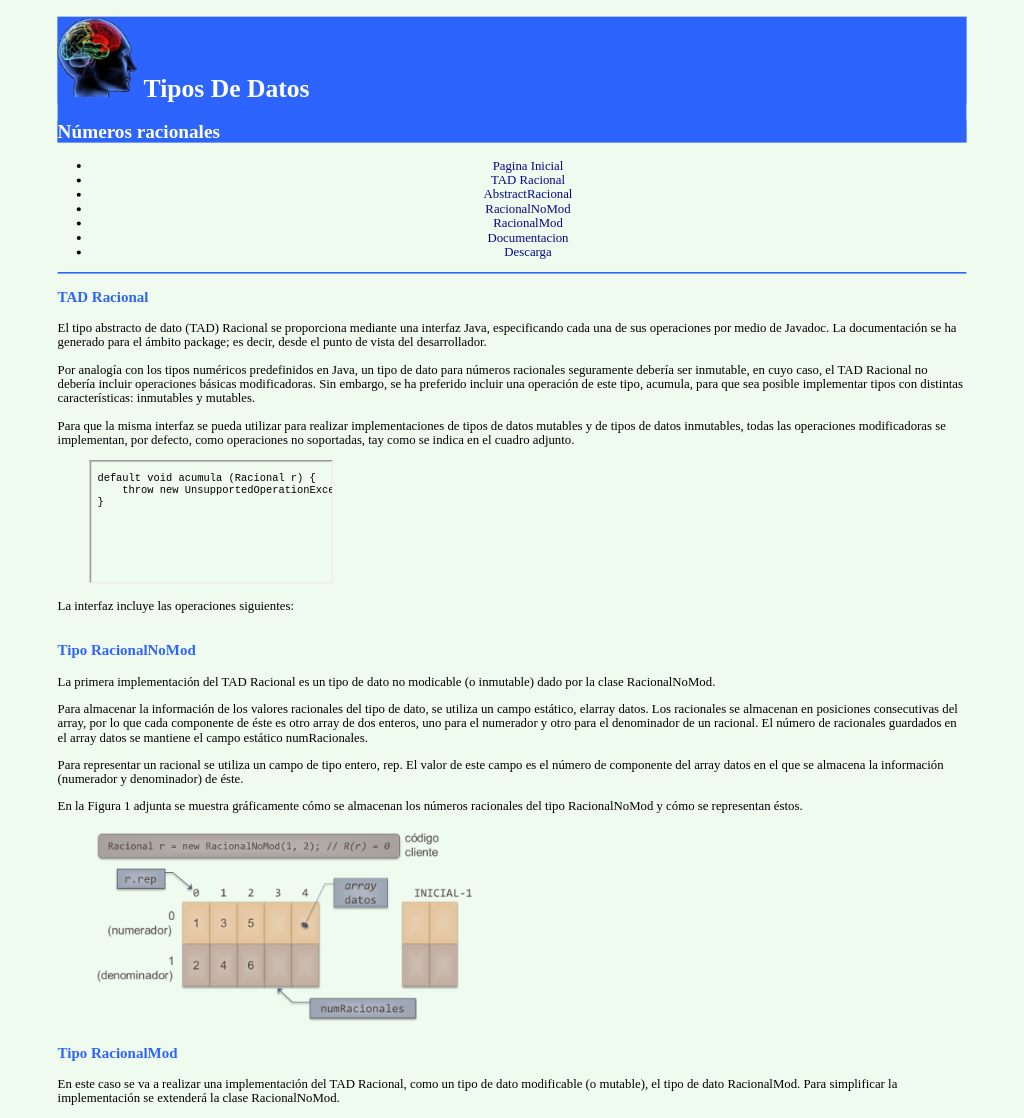
Repository: dgsama/Curso17
Page: SEW/WorkSpace/Practica02/html/index.html
These files come from the project's save history. The page is drawn as it stood at one moment and after the next save; the edit follows.
The browser window is 1280 px wide. The pictures show the whole page, at 80% of full size.

Above is the page before, as saved 2016-10-05 10:46:59.

After the next save:
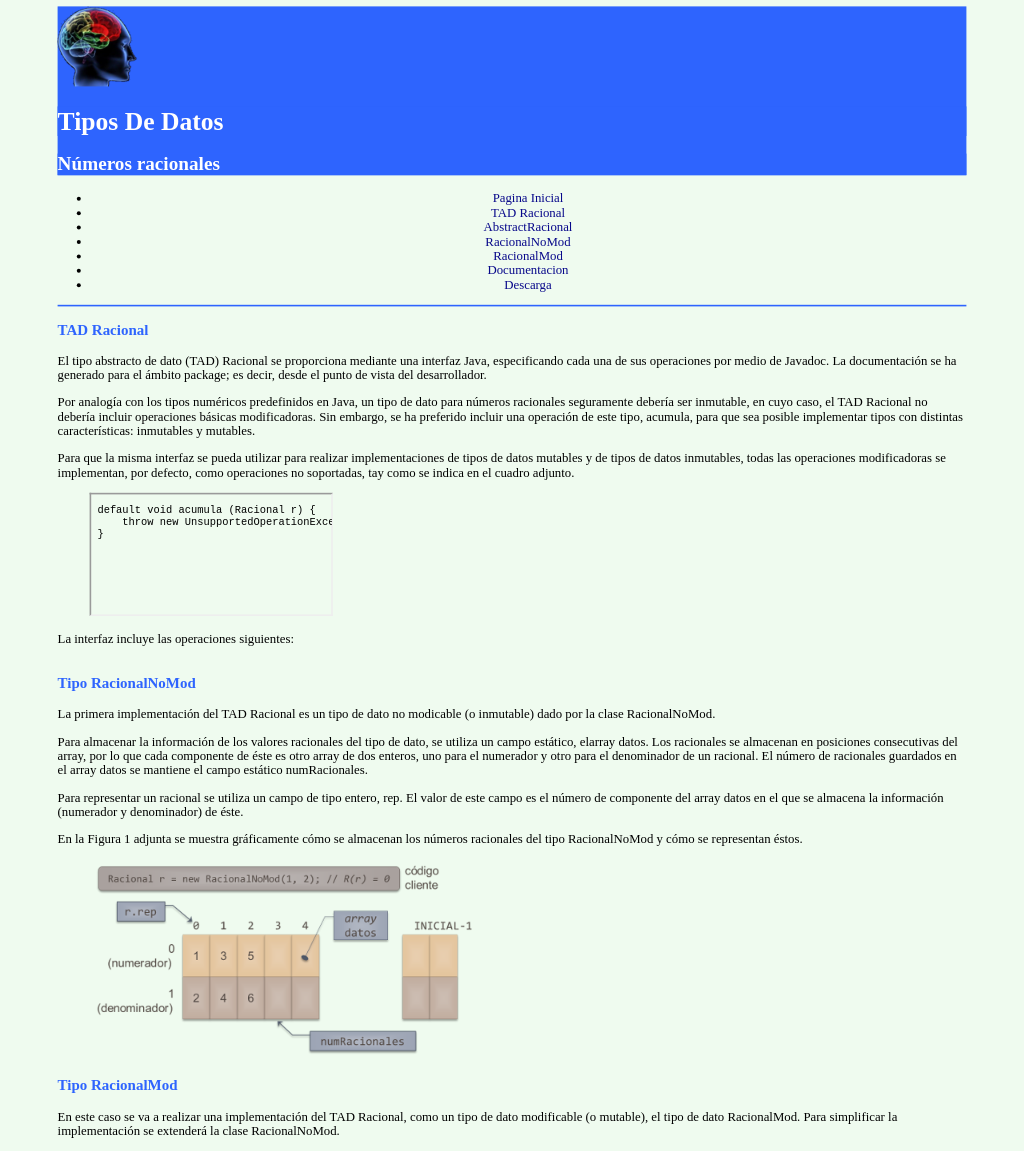
Saved 25 s later.
--- a/SEW/WorkSpace/Practica02/html/index.html
+++ b/SEW/WorkSpace/Practica02/html/index.html
@@ -9,7 +9,8 @@
 <body>
     <header>
 
-        <h1><img src="..\logo.png"> </img>Tipos De Datos</h1>
+        <img src="..\logo.png"> </img>
+        <h1>Tipos De Datos</h1>
         <h2>Números racionales</h2>
     </header>
 
